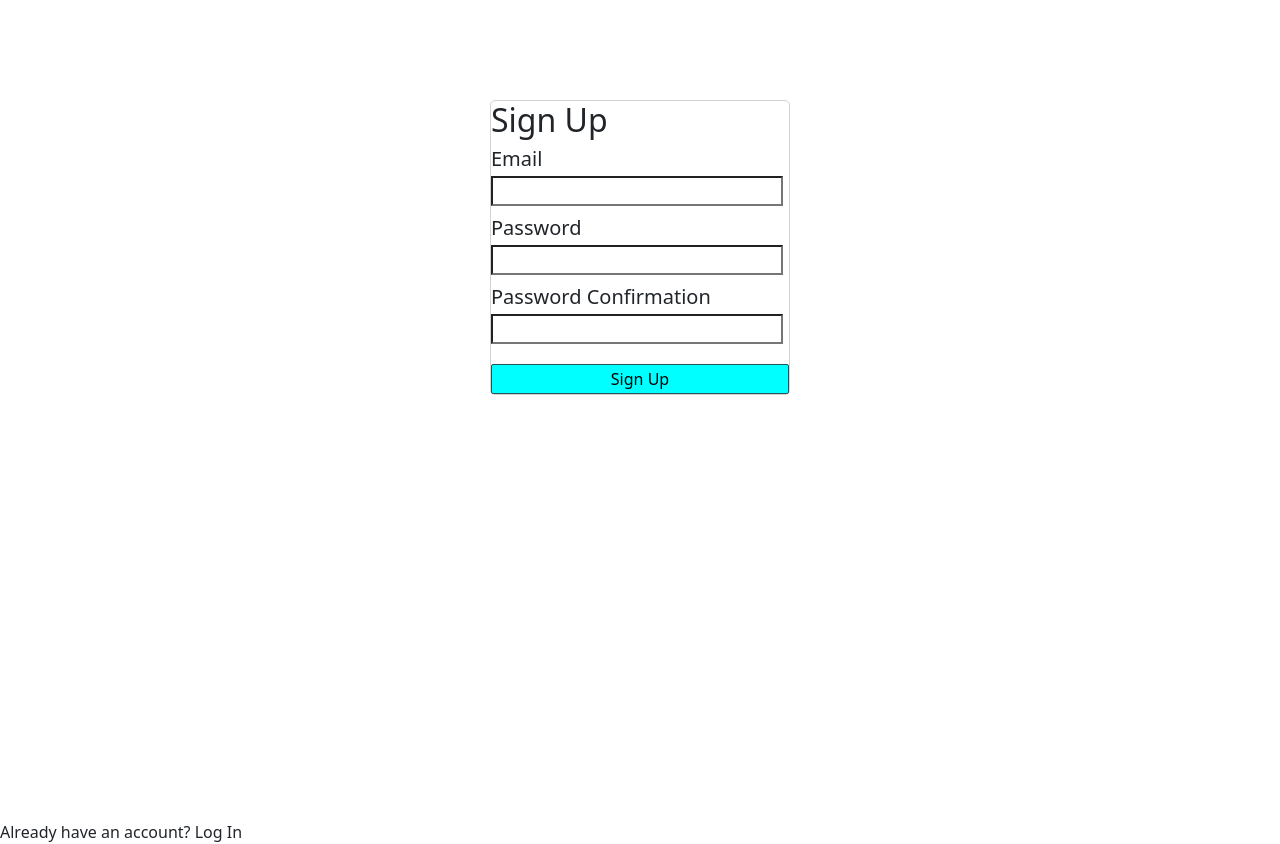
Repository: carinvid/reach-eshop
Page: /signup
The author's editor kept a copy of each file at every save. The page is drawn from the files as they stood at one save, then again after the next save.
The browser window is 1280 px wide. The pictures show the whole page.
The page's requests for data from a server got no answer. The project was rebuilt for these pictures with package versions that can differ from the ones it lists, and the page was loaded fresh each time. No one was signed in, and anything a server would have sent is missing. Also part of the build but not shown: src/Header.css, src/Header.js, src/Home.css, src/Product.css, src/Product.js, src/Home.js, src/Checkout.css, src/CheckoutProduct.css and 6 more.

Above is the page before, as saved 2022-04-06 16:10:08.

### public/index.html
<!DOCTYPE html>
<html lang="en">
  <head>
    <meta charset="utf-8" />

    <meta name="viewport" content="width=device-width, initial-scale=1" />
    <meta name="theme-color" content="#000000" />

    <title>React App</title>
  </head>
  <body>

    <div id="root"></div>

  </body>
</html>

### src/index.js
import React from 'react';
import ReactDOM from 'react-dom';
import './index.css';
import App from './App';
import reducer, { initialState} from './reducer';
import { StateProvider } from './StateProvider';
import "bootstrap/dist/css/bootstrap.min.css"

ReactDOM.render(
  <React.StrictMode>
    <StateProvider initialState={initialState} reducer = { reducer }>
    <App />
    </StateProvider>
  </React.StrictMode>,
  document.getElementById('root')
);

### src/index.css
body {
  margin: 0;
  background-color: rgba(234, 237,237);
  font-family: -apple-system, BlinkMacSystemFont, 'Segoe UI', 'Roboto', 'Oxygen',
    'Ubuntu', 'Cantarell', 'Fira Sans', 'Droid Sans', 'Helvetica Neue',
    sans-serif;
  -webkit-font-smoothing: antialiased;
  -moz-osx-font-smoothing: grayscale;
}

code {
  font-family: source-code-pro, Menlo, Monaco, Consolas, 'Courier New',
    monospace;
}

### src/App.js

import './App.css';
import Header from "./Header"
import Home from "./Home";
import {BrowserRouter as Router, Route, Switch} from "react-router-dom"
import Checkout from './Checkout';
import Login from './Login';
import Signup from './Signup';

function App() {
  return (
    <div className="App">
      <Router>
        <Switch>
          <Route path="/login">
            <Login />
          </Route>
          <Route path="/signup">
            <Signup />
          </Route>
          <Route path="/checkout">
            <Header />
            <Checkout />
          </Route>
          <Route path="/" >
            <Header />
            <Home />
          </Route>
        </Switch>
      </Router>

    </div>)
}

export default App;

### src/Reducer.js
export const initialState = {
    basket: [],
};

export const getBasketTotal = (basket) => {
    return(basket?.reduce((amount, item) => item.price + amount, 0));
}

const reducer = (state, action) => {
    switch(action.type) {
        case "ADD_TO_BASKET":
            return {
                ...state,
                basket: [...state.basket, action.item],
            }
            case "REMOVE_FROM_BASKET" :
            const index = state.basket.findIndex(
                (basketItem) => basketItem.id === action.id
            );
            let newBasket = [...state.basket];

            if(index >= 0) {
                newBasket.splice(index, 1)
            } else {
                console.warn( `Can't remove product(id: ${action.id}) as it is not in the basket!`)
            }
            return {...state,basket: newBasket}

            default:
            return state;
    }

}

export default reducer;

### src/StateProvider.js
import React, {createContext, useContext, useReducer} from "react";

export const StateContext = createContext();


export const StateProvider = ({ reducer, initialState, children }) => {


    return (
    <StateContext.Provider value={useReducer(reducer, initialState)}>
        {children}
    </StateContext.Provider>
    )
};

export const useStateValue = () => useContext(StateContext);

### src/Signup.js
import React, { useRef } from 'react';
import './Signup.css'

export default function Signup() {
    const emailRef = useRef();
    const passwordRef = useRef();
    const passwordConfirmRef = useRef();


  return (
    <>
    <div className="signup">
        <div className="signup-container">
            <h2>Sign Up</h2>
            <form >
                        <h5>Email</h5>
                        <input type="email" ref={emailRef} required />
                        <h5>Password</h5>

                        <input type="password" ref={passwordRef} required />


                        <h5>Password Confirmation</h5>
                        <input type="password" ref={passwordConfirmRef} required />

                    <button type="submit" className="signup-signupButton">Sign Up</button>
            </form>
        </div>
    </div>

    <div className="goToLogin">
        Already have an account? Log In
    </div>
    </>
  )
}

### src/Signup.css
.signup {
    margin-top: 100px;
    background-color: white;
    height: 100vh;
    display: flex;
    flex-direction: column;
    align-items: center;
}

.signup-container {
    width: 300px;
    height: fit-content;
    display: flex;
    flex-direction: column;
    border-radius: 5px;
    border: 1px solid lightgrey;
}

.signup-container > h1 {
    font-weight: 500;
    margin-bottom: 20px;
}

.signup-container > form > h5 {
    margin-bottom: 5px;
}

.signup-container > form > input {
    height: 30px;
    margin-bottom: 10px;
    background-color: white;
    width: 98%;
}

.signup-container > p {
    margin-top: 15px;
    font-size: 12px;
}

.signup-signupButton {
    background: aqua;
    border-radius: 2px;
    width: 100%;
    height: 30px;
    border: 1px solid;
    margin-top: 10px;
    border-color: rgb(44, 82, 87) ;
}

### src/Login.css
.login {
    background-color: white;
    height: 100vh;
    display: flex;
    flex-direction: column;
    align-items: center;
}

.login-logo {
    display: flex;
    margin: 30px 0;
}

.login-logoImage {
    color: aqua;
}

.login-logoTitle {
    color: black;
}
.login-container {
    width: 300px;
    height: fit-content;
    display: flex;
    flex-direction: column;
    border-radius: 5px;
    border: 1px solid lightgrey;
}

.login-container > h1 {
    font-weight: 500;
    margin-bottom: 20px;
}

.login-container > form > h5 {
    margin-bottom: 5px;
}

.login-container > form > input {
    height: 30px;
    margin-bottom: 10px;
    background-color: white;
    width: 98%;
}

.login-container > p {
    margin-top: 15px;
    font-size: 12px;
}

.login-signInButton {
    background: aqua;
    border-radius: 2px;
    width: 100%;
    height: 30px;
    border: 1px solid;
    margin-top: 10px;
    border-color: rgb(44, 82, 87) ;
}

.login-registerButton {
    border-radius: 2px;
    width: 100%;
    height: 30px;
    border: 1px solid;
    margin-top: 10px;
    border-color: rgb(6, 56, 51);
}

Loaded but not shown: src/App.css (common file)

After the next save:
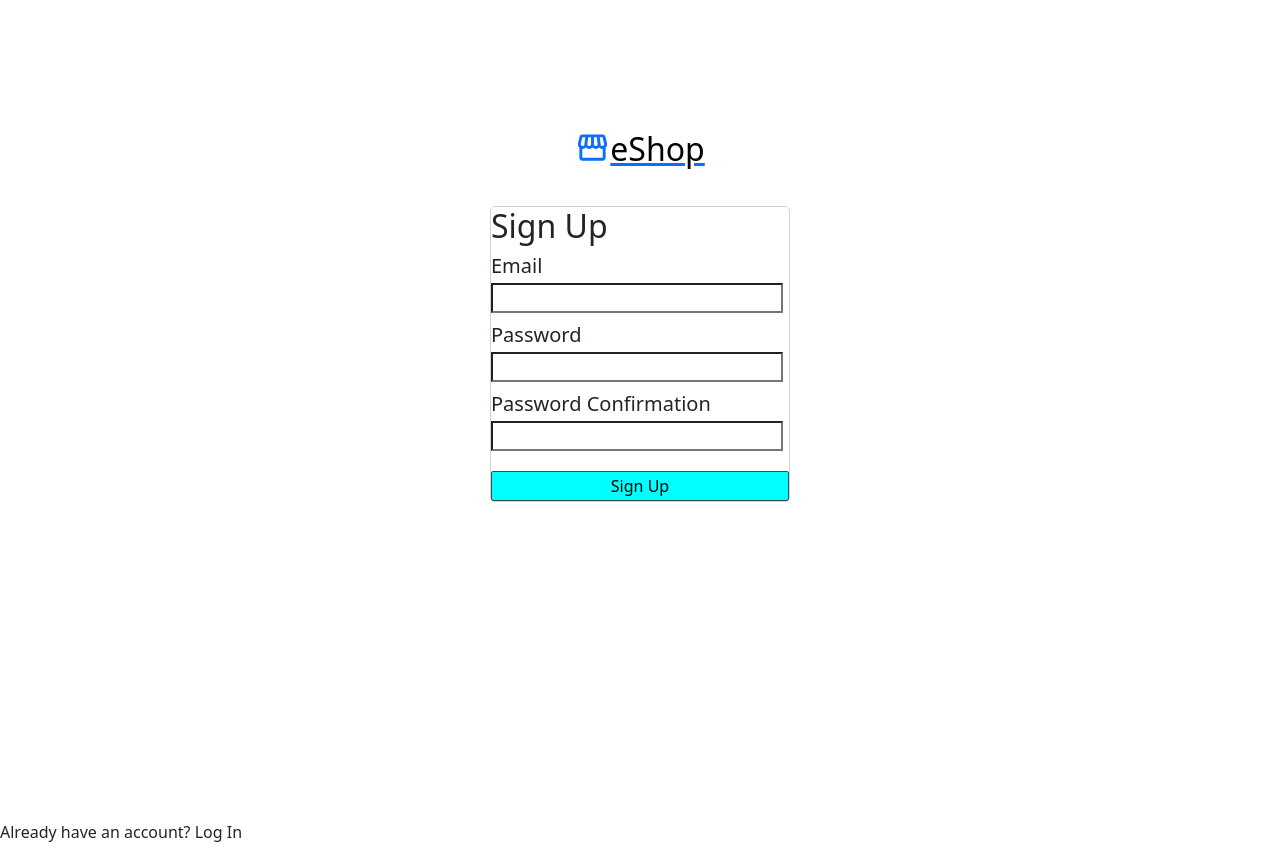
Saved 4 min 37 s later.
--- a/src/Signup.js
+++ b/src/Signup.js
@@ -1,5 +1,7 @@
 import React, { useRef } from 'react';
 import './Signup.css'
+import { Link } from "react-router-dom";
+import StorefrontIcon from '@material-ui/icons/Storefront';
 
 export default function Signup() {
     const emailRef = useRef();
@@ -10,6 +12,12 @@ export default function Signup() {
   return (
     <>
     <div className="signup">
+    <Link to= '/' style={{ texDecoration : "none"}}>
+            <div className="login-logo">
+                <StorefrontIcon className="login=logoImage" fontSize="large"/>
+                <h2 className="login-logoTitle">eShop</h2>
+            </div>
+            </Link>
         <div className="signup-container">
             <h2>Sign Up</h2>
             <form >
--- a/src/Signup.css
+++ b/src/Signup.css
@@ -5,6 +5,19 @@
     display: flex;
     flex-direction: column;
     align-items: center;
+}
+
+.login-logo {
+    display: flex;
+    margin: 30px 0;
+}
+
+.login-logoImage {
+    color: aqua;
+}
+
+.login-logoTitle {
+    color: black;
 }
 
 .signup-container {
